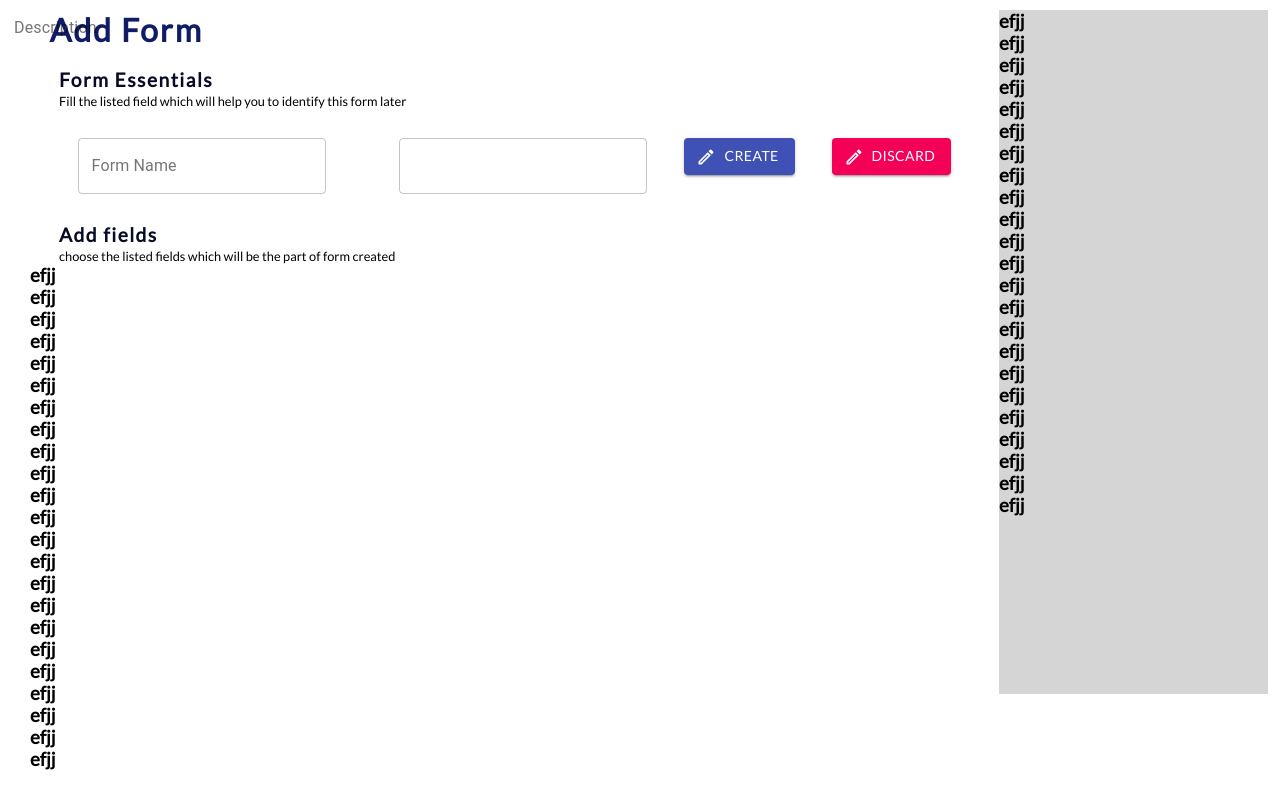
Repository: Architjain128/df
Page: /add
An editor plug-in stored every save of this project. The page is shown before and after the next save, followed by the edit.
The browser window is 1280 px wide. The pictures show the whole page.
The project was rebuilt for these pictures with package versions that can differ from the ones it lists, and the page was loaded fresh each time. Also part of the build but not shown: src/App.css, src/dftable.js, src/dataForm.js.

Above is the page before, as saved 2021-06-25 16:12:10.

### src/addDataForm.js
import React , {Component} from 'react';
import './dataForm.css';
import { Button,TextField } from '@material-ui/core';
import CreateOutlinedIcon from '@material-ui/icons/CreateOutlined';

class AddDataForm extends Component{
    render(){
        return (
            <>
                <div className="dataform">
                    <div className='df-create-section'>
                        <div className='df-form-gen'>
                            <div className="df-title">Add Form</div>
                            <div className="df-subtitle">Form Essentials</div>
                            <div className="df-description" >Fill the listed field which will help you to identify this form later</div>
                            <div className="df-form-ess">
                                <TextField id="outlined-basic" label="Form Name" variant="outlined" /><br/>
                                <TextField id="outlined-basic-large" class="flex-item1" label="Description" variant="outlined"/>
                                <div className="df-create2" class="flex-item1"><Button variant="contained" color="primary" startIcon={<CreateOutlinedIcon />}> Create </Button></div>
                                <div className="df-create2" class="flex-item1"><Button variant="contained" href='/' color="secondary" startIcon={<CreateOutlinedIcon />}> Discard </Button></div>
                            </div>
                            <div className="df-subtitle">Add fields</div>
                            <div className="df-description" >choose the listed fields which will be the part of form created</div>
                            <div className="df-create-section">
                                <div className="df-dnd">
                                <h3>efjj</h3>
                                <h3>efjj</h3>
                                <h3>efjj</h3>
                                <h3>efjj</h3>
                                <h3>efjj</h3>
                                <h3>efjj</h3>
                                <h3>efjj</h3>
                                <h3>efjj</h3>
                                <h3>efjj</h3>
                                <h3>efjj</h3>
                                <h3>efjj</h3>
                                <h3>efjj</h3>
                                <h3>efjj</h3>
                                <h3>efjj</h3>
                                <h3>efjj</h3>
                                <h3>efjj</h3>
                                <h3>efjj</h3>
                                <h3>efjj</h3>
                                <h3>efjj</h3>
                                <h3>efjj</h3>
                                <h3>efjj</h3>
                                <h3>efjj</h3>
                                <h3>efjj</h3>

                                </div>
                            </div>
                        </div>
                        <div className="df-form-pre-con">
                            <div className='df-form-pre'>
                                <h3>efjj</h3>
                                <h3>efjj</h3>
                                <h3>efjj</h3>
                                <h3>efjj</h3>
                                <h3>efjj</h3>
                                <h3>efjj</h3>
                                <h3>efjj</h3>
                                <h3>efjj</h3>
                                <h3>efjj</h3>
                                <h3>efjj</h3>
                                <h3>efjj</h3>
                                <h3>efjj</h3>
                                <h3>efjj</h3>
                                <h3>efjj</h3>
                                <h3>efjj</h3>
                                <h3>efjj</h3>
                                <h3>efjj</h3>
                                <h3>efjj</h3>
                                <h3>efjj</h3>
                                <h3>efjj</h3>
                                <h3>efjj</h3>
                                <h3>efjj</h3>
                                <h3>efjj</h3>
                            </div>
                        </div>
                    </div>
                    <div className="df-end" ></div>
                    <div className="df-footer" ></div>

                </div>
            </>
            );
        }
}

export default AddDataForm;

### src/dataForm.css
@import url('https://fonts.googleapis.com/css2?family=Lato&display=swap');

* {
  box-sizing: border-box;
  margin: 0;
  padding: 0;
  font-family: 'Lato', sans-serif;
}

.dataform {
  padding-left: clamp(10px,30px,5%);
  padding-top: clamp(5px,10px,3%);
  display:block;
  /* height: 90vh; */
  /* align-items: center; */
  justify-content: left;
}
.df-title{
  letter-spacing: 2px;
  font-size: clamp(1.8rem, 2.5vw, 2.8rem);
  color:#101d66;
  font-weight: bolder;
  padding-left:2%;
  padding-right:10%;
  margin-bottom: 2%;
}
.df-subtitle{
    letter-spacing: 1.5px;
    font-size: clamp(1.2rem, 1.5vw, 2rem);
    color:#060b26;
    font-weight: bold;
    padding-left:3%;
    padding-right:10%;
    margin-bottom: 0.2%;
}
.df-description{
    font-size: clamp(0.8rem, 1vw, 1.2rem);
    color:#000000;
    padding-left:3%;
    padding-right:10%;
}
.df-table{
    padding-top:3%;
    padding-bottom:3%;
    padding-left:3%;
    padding-right:10%;
    height: 460px;
}
.df-create-section{
  display: flex;
}
.df-create-section .df-subdes{
  flex-grow: 10;
}
.df-create-section .df-create{
  flex-grow: 0;
}
.df-create-section .df-form-gen{
  flex-grow: 1;
}
.df-create-section .df-form-pre-con{
  flex-grow: 1;
  margin-right: 1%;
}
.df-form-pre{
  background-color: rgb(213, 213, 213);
  height: 90%;
  width: 100%;
}
.df-create{
  /* margin-left: 10%; */
  /* padding: auto; */
  align-items: right;
  justify-content: flex-start;
  display: flex;
  padding-left:3%;
  padding-right:10%;
}
.df-create2{
  /* margin-left: 10%; */
  /* padding: auto; */
  align-items: right;
  justify-content: flex-start;
  display: flex;
  gap: 5px;
}
.df-end{
  padding-top: 3%;
  padding-left: 3%;
}
.df-footer{
  position:absolute;
  padding-left: 3%;
  bottom: 0;
}
.df-form-ess{
  padding: 3%;
  display: flex;
  justify-content: space-around;
}
.df-form-ess TextField{
  flex-grow: 5;
}
.df-form-ess Button{
  flex-grow: 1;
}
#outlined-basic{
  font-size: medium;
  width: 100%;
}
#outlined-basic-large{
  font-size: medium;
  width: 100%;
}
.flex-container {
  /* padding: 0; */
  /* margin: 0; */
  /* list-style: none; */
  /* display: flex; */
  /* justify-content: flex-start; */
}
.flex-item {
  /* padding: 5px; */
  /* width: 60px; */
  /* height: 50px; */
  /* margin: 5px; */
  /* line-height: 50px; */
  /* color: white; */
  /* font-weight: bold; */
  /* font-size: 2em; */
  /* text-align: center; */
}

Loaded but not shown: public/index.html (common file); src/index.js (common file); src/index.css (common file); src/App.js (common file); src/reportWebVitals.js (common file)

After the next save:
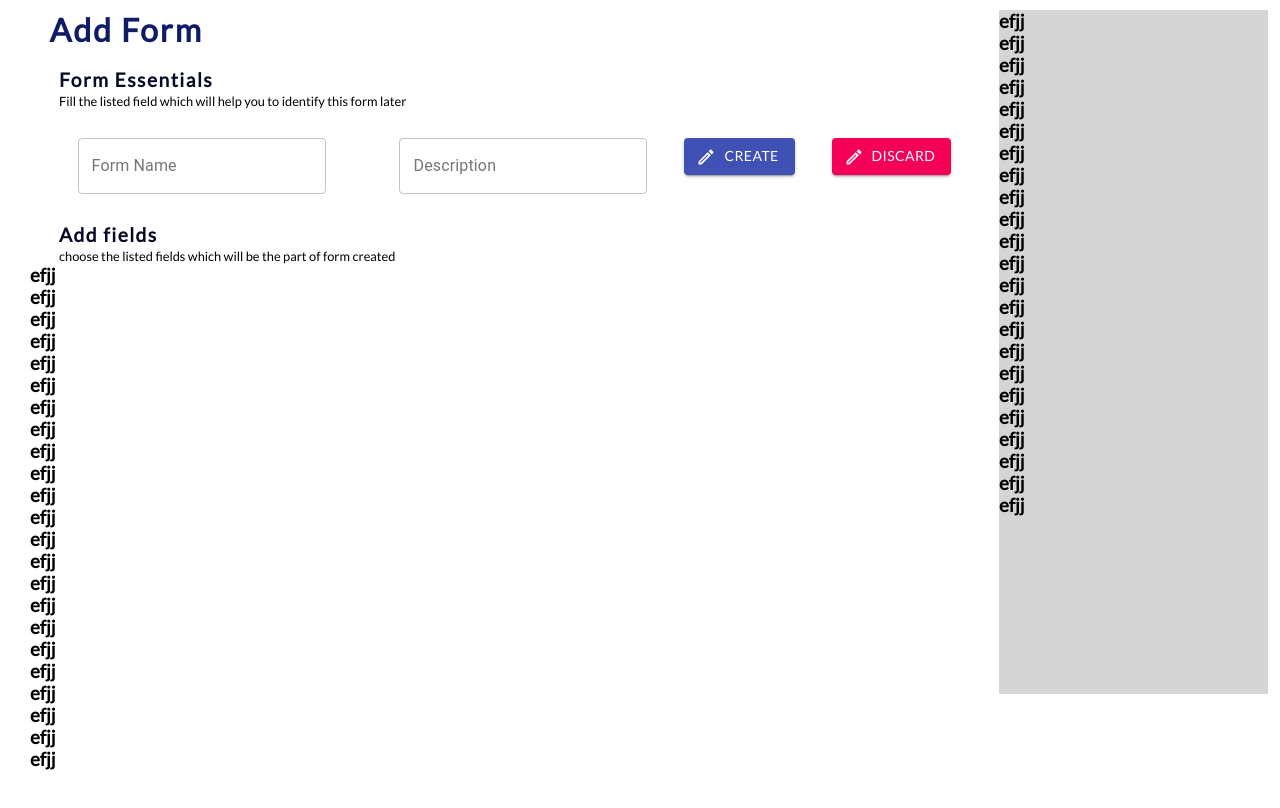
Saved 4 s later.
--- a/src/addDataForm.js
+++ b/src/addDataForm.js
@@ -15,7 +15,7 @@ class AddDataForm extends Component{
                             <div className="df-description" >Fill the listed field which will help you to identify this form later</div>
                             <div className="df-form-ess">
                                 <TextField id="outlined-basic" label="Form Name" variant="outlined" /><br/>
-                                <TextField id="outlined-basic-large" class="flex-item1" label="Description" variant="outlined"/>
+                                <TextField id="outlined-basic-large" label="Description" variant="outlined"/>
                                 <div className="df-create2" class="flex-item1"><Button variant="contained" color="primary" startIcon={<CreateOutlinedIcon />}> Create </Button></div>
                                 <div className="df-create2" class="flex-item1"><Button variant="contained" href='/' color="secondary" startIcon={<CreateOutlinedIcon />}> Discard </Button></div>
                             </div>
